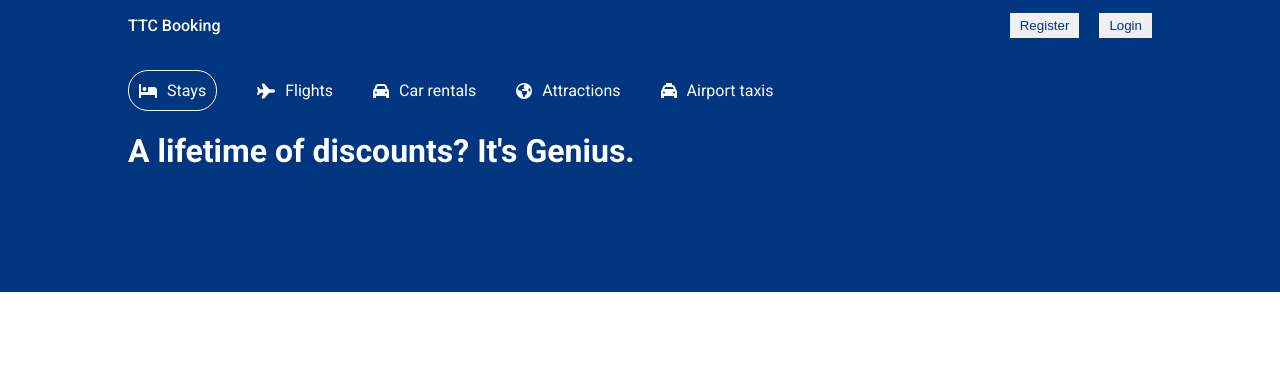
Repository: CarsonDev1/booking-app
Page: /
An editor plug-in stored every save of this project. The page is shown before and after the next save, followed by the edit.
The browser window is 1280 px wide. The pictures show the whole page.
The project was rebuilt for these pictures with package versions that can differ from the ones it lists, and the page was loaded fresh each time. Also part of the build but not shown: src/pages/home/home.css, src/pages/hotel/Hotel.jsx, src/pages/list/List.jsx.

Above is the page before, as saved 2022-12-03 00:46:04.

After the next save:
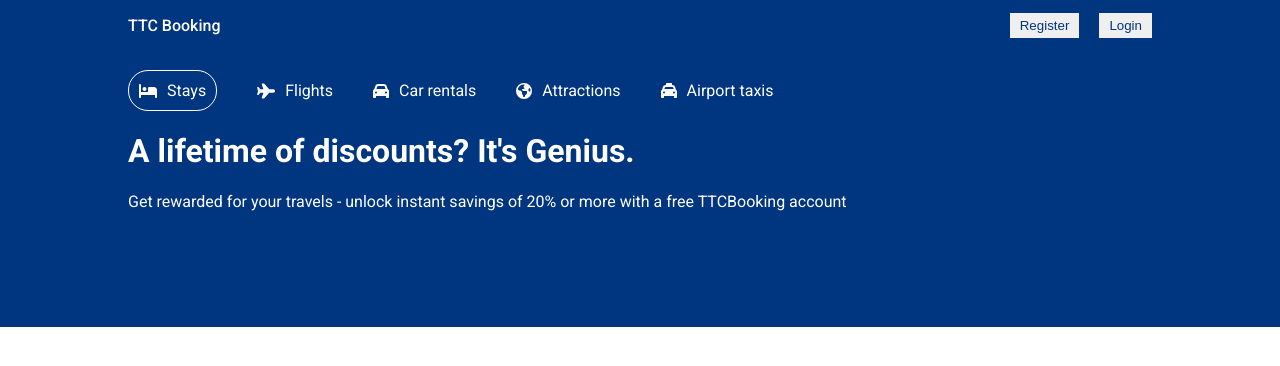
Saved 53 s later.
--- a/src/components/header/Header.jsx
+++ b/src/components/header/Header.jsx
@@ -38,7 +38,10 @@ const Header = () => {
 				<h1 className="headerTitle">
 					A lifetime of discounts? It's Genius.
 				</h1>
-				<p className="headerDesc"></p>
+				<p className="headerDesc">
+					Get rewarded for your travels - unlock instant savings of
+					20% or more with a free TTCBooking account
+				</p>
 			</div>
 		</div>
 	);
